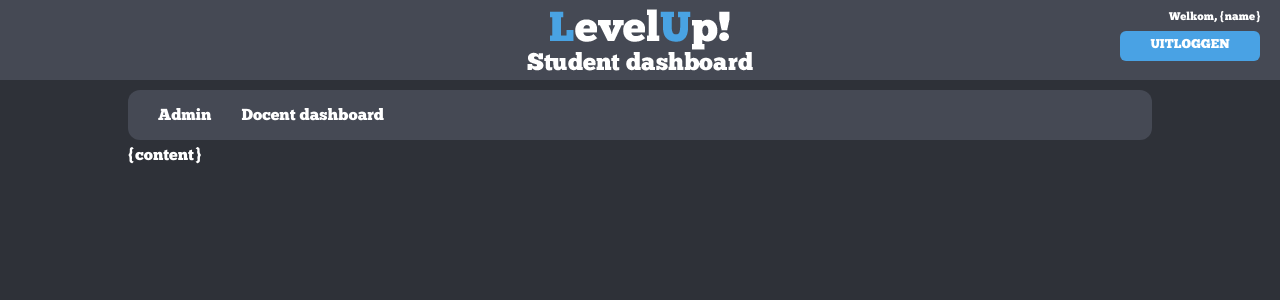
Repository: boblanckenburg/levelup
Page: website/src/index.html
An editor plug-in stored every save of this project. The page is shown before and after the next save, followed by the edit.
The browser window is 1280 px wide. The pictures show the whole page.

Above is the page before, as saved 2014-10-16 15:10:15.

### website/src/index.html
<!doctype html>
<html class="no-js" id="html" lang="">
    <head>
        <meta charset="utf-8">
        <meta http-equiv="X-UA-Compatible" content="IE=edge">
        <title>LevelUp</title>
        <meta name="description" content="">
        <meta name="viewport" content="width=device-width, initial-scale=1">

        <!-- Place favicon.ico and apple-touch-icon(s) in the root directory -->

        <link rel="stylesheet" href="css/main.css">
        <script src="js/main.js"></script>
        <script src="js/vendor/modernizr-2.8.3.min.js"></script>
    </head>
    <body>
        <!--[if lt IE 8]>
            <p class="browsehappy">You are using an <strong>outdated</strong> browser. Please <a href="http://browsehappy.com/">upgrade your browser</a> to improve your experience.</p>
        <![endif]-->

		<div class="dashboard">
			<section class="header">
				<div id="welcome">
					<p>Welkom, {name}</p>
					<a href="">UITLOGGEN</a>
				</div>
			</section>
			<section class="menu">
				<a>Admin</a>
				<a>Docent dashboard</a>
			</section>
			<div class="content">
				{content}
			</div>
		</div>
    </body>
</html>

### website/src/css/main.css
/*
 * What follows is the result of much research on cross-browser styling.
 * Credit left inline and big thanks to Nicolas Gallagher, Jonathan Neal,
 * Kroc Camen, and the H5BP dev community and team.
 */

/* ==========================================================================
   Base styles: opinionated defaults
   ========================================================================== */

/*
bg-gray: #2e3138;
bg-light-gray: #454954;
bg-blue: #49a2e4;
neon-blue: #01d1ff;
*/

html {
    color: #222;
    font-size: 1em;
    line-height: 1.4;
	margin: 0px;
	background: #2e3138;
	color: white;
	text-decoration: none;
	font-weight: normal;
}

/* ==========================================================================
   Author's custom styles
   ========================================================================== */


@font-face {
    font-family: chunkfivefont;
    src: url(Chunkfive.otf);
}


body {
    font-family: chunkfivefont;
    color: white;
    height:100%;
	margin: 0px;
	overflow-x: scroll;
	overflow-style: marquee-line;
}

a
{
	color: #49a2e4;

}

h1, h2, h3
{
	font-weight: normal;
}

.dashboard,
{
	height:100%;
	width:100%;
}

.content
{
	height: 100%;
	width: 100%;
}

.header
{
    background: #454953;
	width: 100%;
	height:80px;
	margin: 0px auto 0px auto;

	background-image: url('../img/dashboardlogo.png');
	background-position: center;
	background-repeat: no-repeat;
	background-color: #454954;
}

.header #welcome
{
	width: 200px;
	float:right;
	color: white;
	margin 0px auto 0px auto;
	padding: 0px 10px 0px 0px;
}

.header #welcome p
{
	float: right;
	display: block;
	font-size: 0.7em;
	margin: 10px 10px 5px 0px;
}

.header #welcome a
{
	float: right;
	display: block;
	height:20px;
	width: 100px;
	text-align: center;
	font-size: 0.8em;
	color: white;
	text-decoration: none;
	padding:5px 20px 5px 20px;
	margin: 0px 10px 0px 0px;

	background-color: #49a2e4;
	border-radius: 6px;
}

.menu
{
    background: #2e3138;
	width:80%;
	height:100%;
	min-height:50px;
	margin: 10px auto 5px auto;
	background: #454954;
	border-radius: 12px;
	display: block;
}

.menu a, a:visited
{
	display: block;
	float:left;
	height: 35px;
	text-align: center;
	padding: 15px 0px 0px 30px;
	text-decoration: none;
	color: white;
}

.menu a:hover
{
	color: #49a2e4;
}

.content {
	width: 80%;
	height: 350px;
	margin: auto;
}

.container {
	margin: 0px auto 0px auto;
	width:100%;
	display: inline;
}


/* ==========================================================================
   Helper classes
   ========================================================================== */

/*
 * Hide visually and from screen readers: h5bp.com/u
 */

.hidden {
    display: none !important;
    visibility: hidden;
}

/*
 * Hide only visually, but have it available for screen readers: h5bp.com/v
 */

.visuallyhidden {
    border: 0;
    clip: rect(0 0 0 0);
    height: 1px;
    margin: -1px;
    overflow: hidden;
    padding: 0;
    position: absolute;
    width: 1px;
}

/*
 * Extends the .visuallyhidden class to allow the element to be focusable
 * when navigated to via the keyboard: h5bp.com/p
 */

.visuallyhidden.focusable:active,
.visuallyhidden.focusable:focus {
    clip: auto;
    height: auto;
    margin: 0;
    overflow: visible;
    position: static;
    width: auto;
}

/*
 * Hide visually and from screen readers, but maintain layout
 */

.invisible {
    visibility: hidden;
}

/*
 * Clearfix: contain floats
 *
 * For modern browsers
 * 1. The space content is one way to avoid an Opera bug when the
 *    `contenteditable` attribute is included anywhere else in the document.
 *    Otherwise it causes space to appear at the top and bottom of elements
 *    that receive the `clearfix` class.
 * 2. The use of `table` rather than `block` is only necessary if using
 *    `:before` to contain the top-margins of child elements.
 */

.clearfix:before,
.clearfix:after {
    content: " "; /* 1 */
    display: table; /* 2 */
}

.clearfix:after {
    clear: both;
}

/* ==========================================================================
   EXAMPLE Media Queries for Responsive Design.
   These examples override the primary ('mobile first') styles.
   Modify as content requires.
   ========================================================================== */

@media only screen and (min-width: 35em) {
    /* Style adjustments for viewports that meet the condition */
}

@media print,
       (-o-min-device-pixel-ratio: 5/4),
       (-webkit-min-device-pixel-ratio: 1.25),
       (min-resolution: 120dpi) {
    /* Style adjustments for high resolution devices */
}

/* ==========================================================================
   Print styles.
   Inlined to avoid the additional HTTP request: h5bp.com/r
   ========================================================================== */

@media print {
    *,
    *:before,
    *:after {
        background: transparent !important;
        color: #000 !important; /* Black prints faster: h5bp.com/s */
        box-shadow: none !important;
        text-shadow: none !important;
    }

    a,
    a:visited {
        text-decoration: underline;
    }

    a[href]:after {
        content: " (" attr(href) ")";
    }

    abbr[title]:after {
        content: " (" attr(title) ")";
    }

    /*
     * Don't show links that are fragment identifiers,
     * or use the `javascript:` pseudo protocol
     */

    a[href^="#"]:after,
    a[href^="javascript:"]:after {
        content: "";
    }

    pre,
    blockquote {
        border: 1px solid #999;
        page-break-inside: avoid;
    }

    thead {
        display: table-header-group; /* h5bp.com/t */
    }

    tr,
    img {
        page-break-inside: avoid;
    }

    img {
        max-width: 100% !important;
    }

    p,
    h2,
    h3 {
        orphans: 3;
        widows: 3;
    }

    h2,
    h3 {
        page-break-after: avoid;
    }
}

### website/src/js/main.js

//set up height of the html element so 100% height spans the entire screen
document.getElementById("html").style.height=window.innerHeight+"px";

Loaded but not shown: website/src/js/vendor/modernizr-2.8.3.min.js (library)

After the next save:
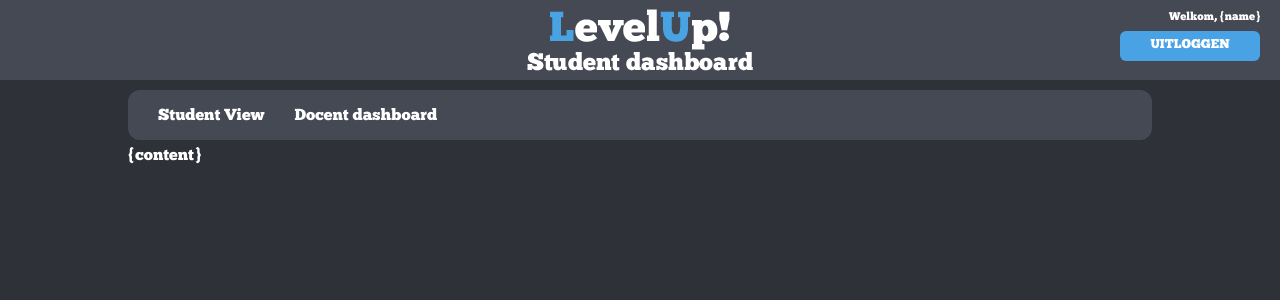
Saved 24 s later.
--- a/website/src/index.html
+++ b/website/src/index.html
@@ -26,7 +26,7 @@
 				</div>
 			</section>
 			<section class="menu">
-				<a>Admin</a>
+				<a href="studentview.html">Student View</a>
 				<a>Docent dashboard</a>
 			</section>
 			<div class="content">
